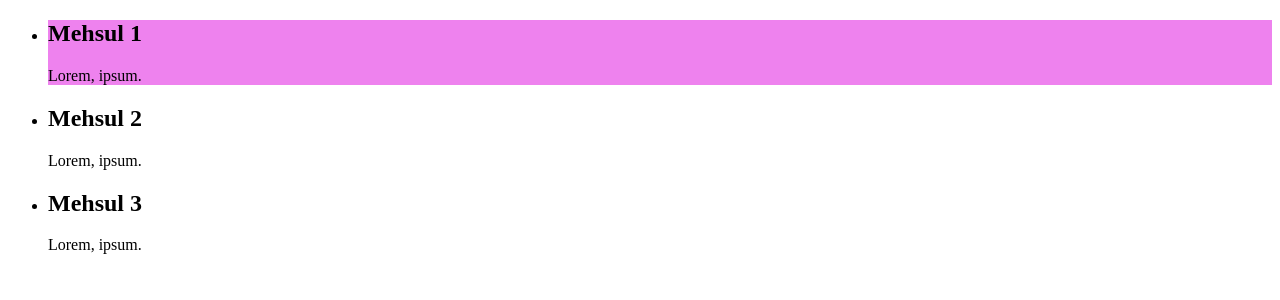
Repository: AytacSafarova/task-111
Page: index.html
The author's editor kept a copy of each file at every save. The page is drawn from the files as they stood at one save, then again after a run of saves.
The browser window is 1280 px wide. The pictures show the whole page.

Above is the page before, as saved 2023-09-25 11:27:55.

### index.html
<!DOCTYPE html>
<html lang="en">
<head>
  <meta charset="UTF-8">
  <meta name="viewport" content="width=device-width, initial-scale=1.0">
  <title>Document</title>
</head>
<style>
  .text{
    color: yellow;
  }
  .bold-text{
    font-weight: bold;
  }
  .list-1 h2{
color: blue;
  }
li:first-child{
  background-color: violet;
}
li:las
</style>
<body>
<ul>
  <li>
    <h2>Mehsul 1</h2>
    <p>Lorem, ipsum.</p>
  </li>
  <li>
    <h2>Mehsul 2</h2>
    <p>Lorem, ipsum.</p>
  </li>
  <li>
    <h2>Mehsul 3</h2>
    <p>Lorem, ipsum.</p>
  </li>
</ul>
</body>
</html>

After the next 8 saves:
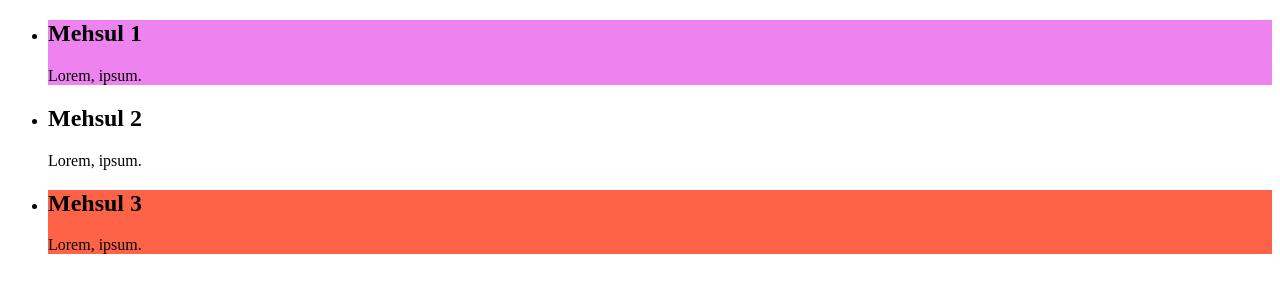
The 8 saves are shown as one change because they came seconds apart.
The last was saved 18 s later.
--- a/index.html
+++ b/index.html
@@ -18,8 +18,12 @@ color: blue;
 li:first-child{
   background-color: violet;
 }
-li:las
-</style>
+li:last-child{
+  background-color: tomato;
+}
+li:nth-child(2)
+{
+  </style>
 <body>
 <ul>
   <li>
